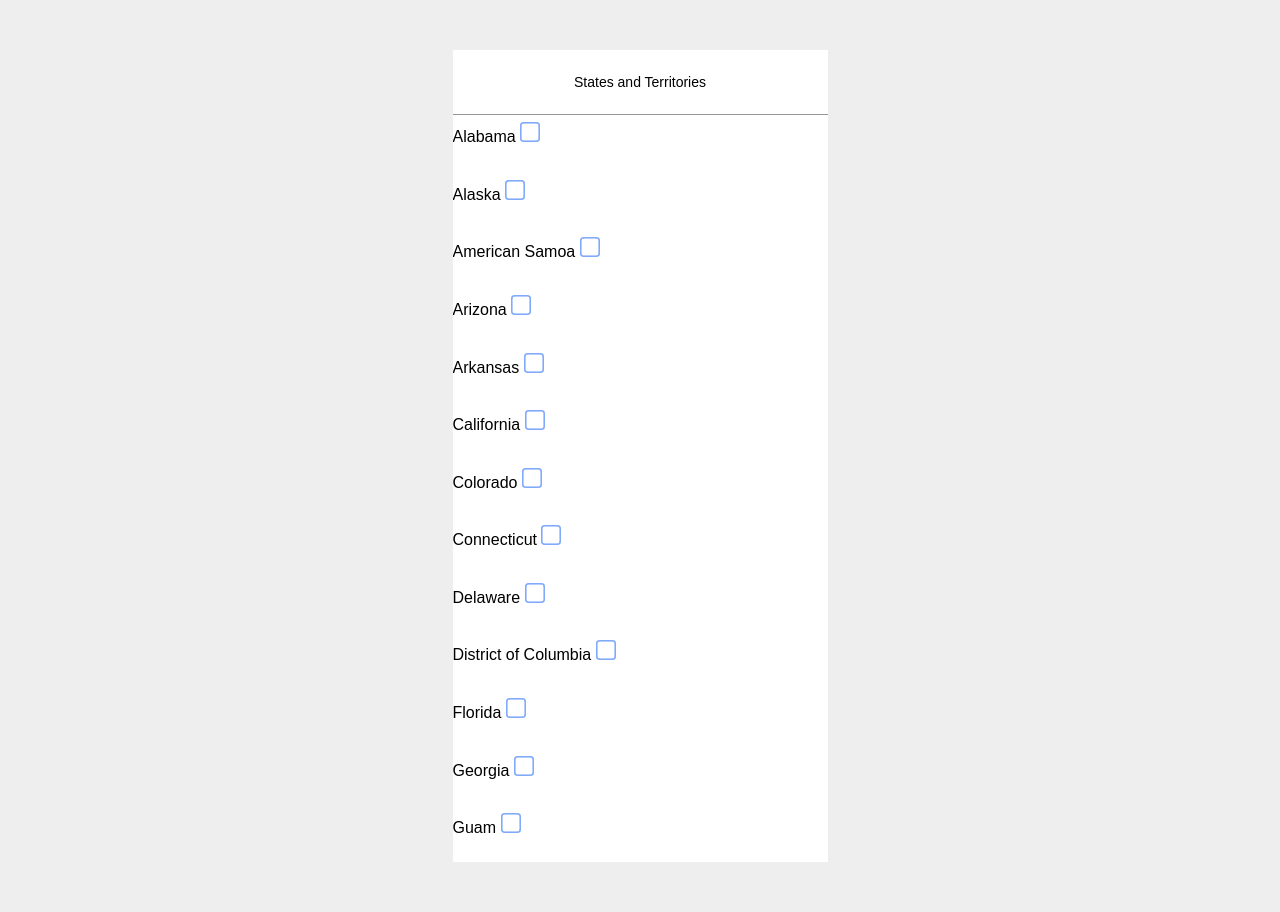
Repository: zitac234/codingTest
Page: /
These files come from the project's save history. The page is drawn as it stood at one moment and after the next save; the edit follows.
The browser window is 1280 px wide. The pictures show the whole page.
The project was rebuilt for these pictures with package versions that can differ from the ones it lists, and the page was loaded fresh each time.

Above is the page before, as saved 2021-03-31 15:07:11.

### src/index.css
body {
  margin: 0;
  font-family: 'Arial', sans-serif;
  -webkit-font-smoothing: antialiased;
  -moz-osx-font-smoothing: grayscale;
  background-color: #eee;
}

### src/Header.js
import "./Header.css";

export function Header() {
  return (
    <header className="header">
      <span className="title">States and Territories</span>
    </header>
  );
}

### src/List.js
import { Fragment } from "react";
// import Card from '@material-ui/core/Card'
// import CardContent from '@material-ui/core/CardContent';
import { Checkbox } from "./Checkbox";
// import { makeStyles } from '@material-ui/core/styles';
import "./List.css";
// const useStyles = makeStyles({
//   root: {
//     minWidth: 275,
//   },
// })
export function List(props) {
  return (
    <div className="list">
      {props.items.map((item) => (
        <Fragment key={item}>
          <div className='state'>
          {item} <Checkbox/><br />
          {/* You also have <Checkbox selected={false} /> */}
          </div>
          </Fragment>
      ))}
    </div>
  );
}

### src/_data.js
export const data = [
  "Alabama",
  "Alaska",
  "American Samoa",
  "Arizona",
  "Arkansas",
  "California",
  "Colorado",
  "Connecticut",
  "Delaware",
  "District of Columbia",
  "Florida",
  "Georgia",
  "Guam",
  "Hawaii",
  "Idaho",
  "Illinois",
  "Indiana",
  "Iowa",
  "Kansas",
  "Kentucky",
  "Louisiana",
  "Maine",
  "Maryland",
  "Massachusetts",
  "Michigan",
  "Minnesota",
  "Mississippi",
  "Missouri",
  "Montana",
  "Nebraska",
  "Nevada",
  "New Hampshire",
  "New Jersey",
  "New Mexico",
  "New York",
  "North Carolina",
  "North Dakota",
  "Northern Mariana Islands",
  "Ohio",
  "Oklahoma",
  "Oregon",
  "Pennsylvania",
  "Puerto Rico",
  "Rhode Island",
  "South Carolina",
  "South Dakota",
  "Tennessee",
  "Texas",
  "Utah",
  "Vermont",
  "Virgin Islands",
  "Virginia",
  "Washington",
  "West Virginia",
  "Wisconsin",
  "Wyoming"
]

### src/Header.css
.header {
  width: 100%;
  font-size: 14px;
  display: flex;
  border-bottom: 1px solid #979797;
}

.title {
  line-height: 24px;
  margin: 20px auto;
}

### src/Checkbox.js
import selected from "./Checkbox-Filled.svg";
import unselected from "./Checkbox-Empty.svg";

export function Checkbox(props) {
  return (
    <img
      width={20}
      height={20}
      src={props.selected ? selected : unselected}
      alt={`Checkbox ${selected ? "selected" : "unselected"}`}
    />
  );
}

### src/List.css
.list {
  flex: 1;
  overflow: auto;
}
.state{
  height: 7vh;
  margin-top: 1vh;
}

Loaded but not shown: public/index.html (common file); src/index.js (common file); src/App.js (common file); src/App.css (common file)

After the next save:
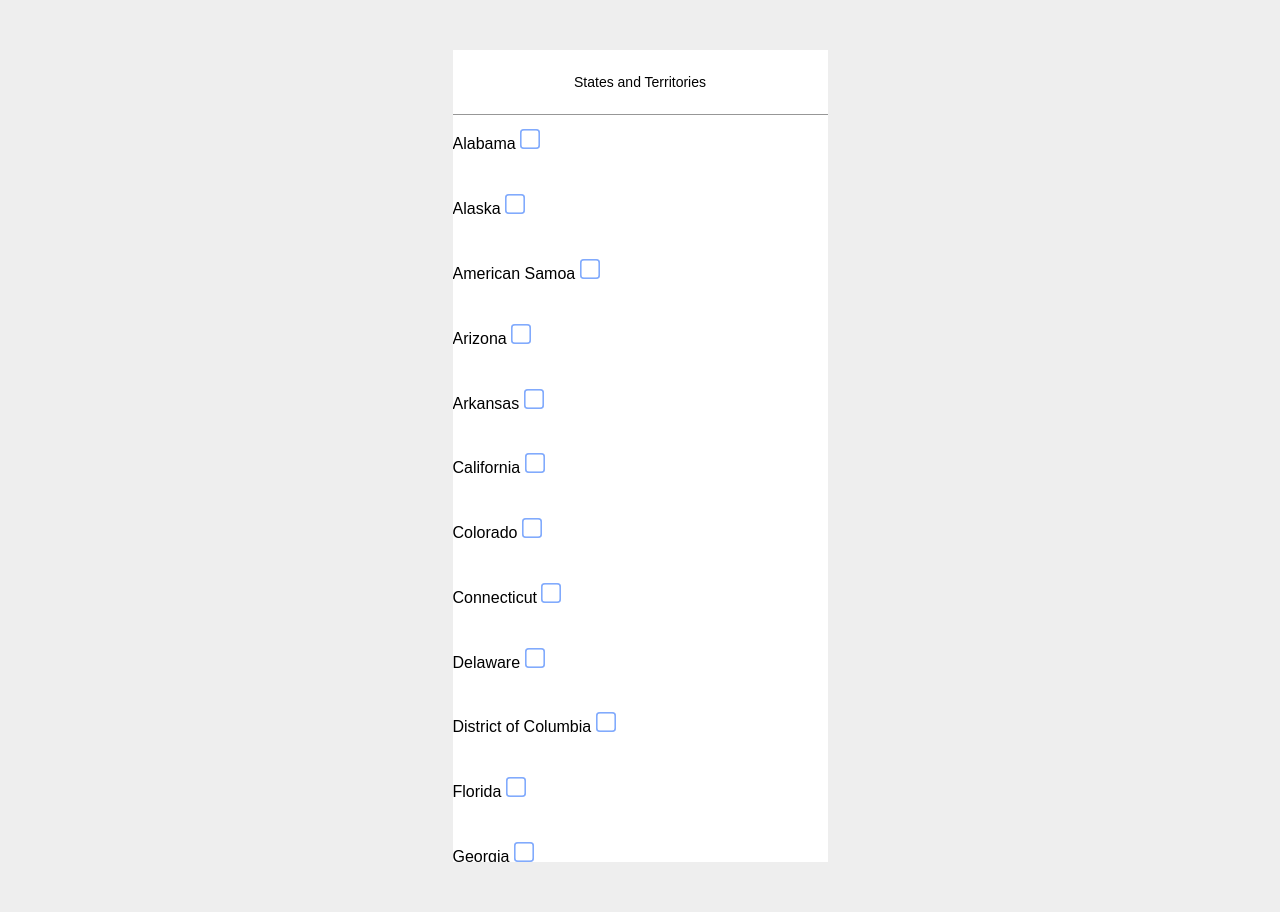
Saved 8 s later.
--- a/src/List.css
+++ b/src/List.css
@@ -4,5 +4,5 @@
 }
 .state{
   height: 7vh;
-  margin-top: 1vh;
+  margin-top: 2vh;
 }
